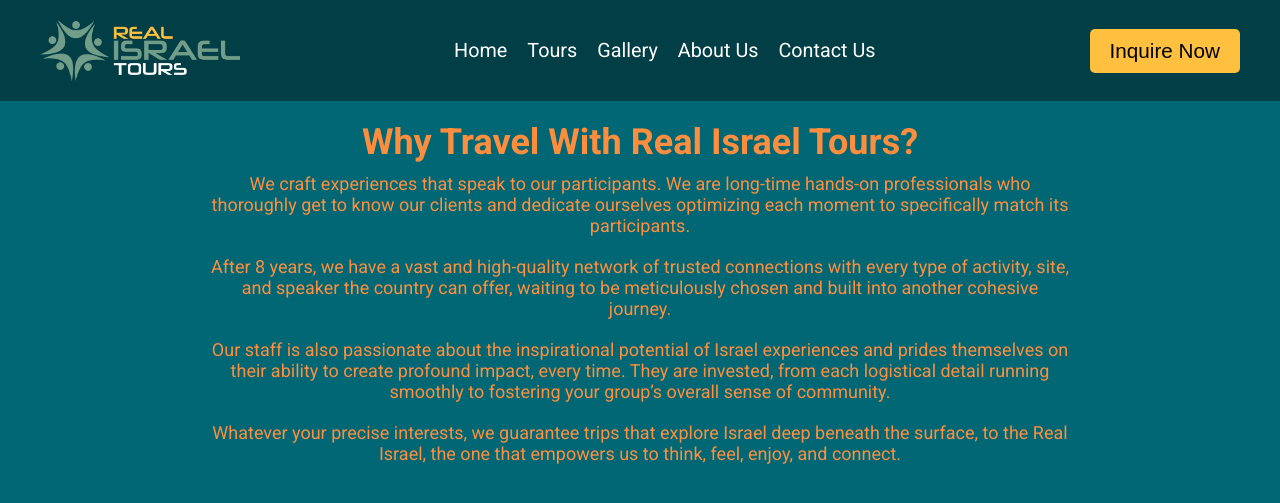
Repository: Pafestivo/realIsraelTours
Page: / (app in frontend/)
The author's editor kept a copy of each file at every save. The page is drawn from the files as they stood at one save, then again after the next save.
The browser window is 1280 px wide. The pictures show the whole page.
The project was rebuilt for these pictures with package versions that can differ from the ones it lists, and the page was loaded fresh each time. The framework's server and built-in components were replaced by stand-ins that run in the browser. Also part of the build but not shown: frontend/next.config.js.

Above is the page before, as saved 2023-09-19 20:07:15.

### frontend/src/app/layout.tsx
import type { Metadata } from "next";
import "@/styles/globals.css";
import { roboto } from "@/app/fonts";

export const metadata: Metadata = {
  title: "Real Israel Tours",
  description: "Plan your next tour",
};

export default function RootLayout({
  children,
}: {
  children: React.ReactNode;
}) {
  return (
    <html lang="en">
      <body className={roboto.className}>{children}</body>
    </html>
  );
}

### frontend/src/app/page.tsx
import Header from "@/components/Header";
import "@/styles/homePage.css";

export default function Home() {
  return (
    <div>
      <Header />
      <div className="pageContainer">
        <h1>Why Travel With Real Israel Tours?</h1>
        <div className="info-block">
          We craft experiences that speak to our participants. We are long-time
          hands-on professionals who thoroughly get to know our clients and
          dedicate ourselves optimizing each moment to specifically match its
          participants.
        </div>
        <div className="info-block">
          After 8 years, we have a vast and high-quality network of trusted
          connections with every type of activity, site, and speaker the country
          can offer, waiting to be meticulously chosen and built into another
          cohesive journey.
        </div>
        <div className="info-block">
          Our staff is also passionate about the inspirational potential of
          Israel experiences and prides themselves on their ability to create
          profound impact, every time. They are invested, from each logistical
          detail running smoothly to fostering your group’s overall sense of
          community.
        </div>
        <div className="info-block">
          Whatever your precise interests, we guarantee trips that explore
          Israel deep beneath the surface, to the Real Israel, the one that
          empowers us to think, feel, enjoy, and connect.
        </div>
      </div>
    </div>
  );
}

### frontend/src/styles/globals.css
:root {
  --main-bg-color: #016774;
  --main-text-color: #FE8E3D;
}

* {
  padding: 0;
  margin: 0;
  box-sizing: border-box;
}

body {
  font-size: 18px;
  background-color: var(--main-bg-color);
}

a {
  color: inherit;
  text-decoration: none;
}

### frontend/src/app/fonts.tsx
import { Inter, Merriweather, Roboto } from "next/font/google";

export const inter = Inter({ subsets: ["latin"] });

export const merriweather = Merriweather({
  weight: ["400", "700"],
  style: ["normal", "italic"],
  subsets: ["latin"],
  display: "swap",
});

export const roboto = Roboto({
  weight: ["400", "700"],
  style: ["normal", "italic"],
  subsets: ["latin"],
  display: "swap",
});

// export const Mooli = Mooli({
//   weight: ["400", "700"],
//   style: ["normal", "italic"],
//   subsets: ["latin"],
//   display: "swap",
// });

### frontend/src/components/Header.tsx
"use client";
import React, { useState } from "react";
import Image from "next/image";
import logo from "@/assets/logo.png";
import "@/styles/header.css";
import Link from "next/link";

const Header = () => {
  const [isMenuOpen, setMenuOpen] = useState(false);

  const toggleMenu = () => {
    setMenuOpen(!isMenuOpen);
  };

  return (
    <div className="header">
      <Image className="headerLogo" src={logo} alt="logo" />
      <div className={`navbar ${isMenuOpen ? "open" : ""}`}>
        <Link href="/">Home</Link>

        <Link href="/">Tours</Link>

        <Link href="/">Gallery</Link>

        <Link href="/">About Us</Link>

        <Link href="/">Contact Us</Link>
      </div>
      <button onClick={toggleMenu} className="hamburger">
        ☰
      </button>
      <button className="inquire">Inquire Now</button>
    </div>
  );
};

export default Header;

### frontend/src/styles/homePage.css
.pageContainer {
  display: flex;
  flex-direction: column;
  justify-content: center;
  margin: 0 auto;
  padding: 20px 120px;
  max-width: 1100px;
  text-align: center;
  color: var(--main-text-color);
}

.info-block {
  margin: 10px 0;
}

@media screen and (max-width: 768px) {
  .pageContainer {
    padding: 20px 10px;
  }
}

### frontend/src/styles/header.css
.header {
  display: flex;
  justify-content: space-between;
  align-items: center;
  background-color: rgba(0, 0, 0, 0.4);
  padding: 20px 40px;
  z-index: 1000;
}

.headerLogo {
  width: 200px;
  height: auto;
}

.navbar {
  display: flex;
  font-size: 1.1em;
  color: white;
  justify-content: space-around;
  align-items: center;
  column-gap: 20px;
}

button {
  background-color: #ffc03f;
  border: none;
  font-size: 1.15em;
  padding: 10px 20px;
  cursor: pointer;
  border-radius: 5px;
}

.hamburger {
  display: none;
}

@media screen and (max-width: 768px) {
  .navbar {
    position: fixed;
    left: -300px;
    top: 100px;
    bottom: 0;
    width: 300px;
    flex-direction: column;
    background-color: rgba(0, 0, 0, 0.8);
    transition: left 0.3s ease-in-out;
    gap: 0;
  }

  .navbar.open {
    left: 0;
  }

  .hamburger, .inquire {
    display: block;
  }

  .inquire {
    display: none;
  }
}

/* Media query for very large screens */
@media screen and (min-width: 1440px) {
  .navbar {
    font-size: 1.5em;
  }

  button {
    font-size: 1.5em;
  }
}

After the next save:
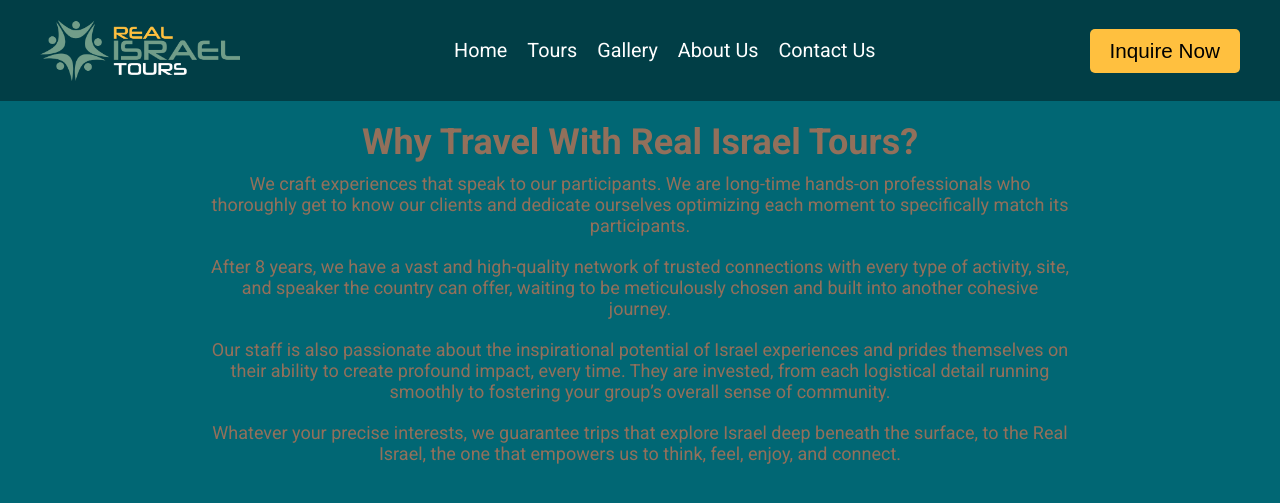
Saved 5 s later.
--- a/frontend/src/styles/globals.css
+++ b/frontend/src/styles/globals.css
@@ -1,6 +1,6 @@
 :root {
   --main-bg-color: #016774;
-  --main-text-color: #FE8E3D;
+  --main-text-color: #92705B;
 }
 
 * {
